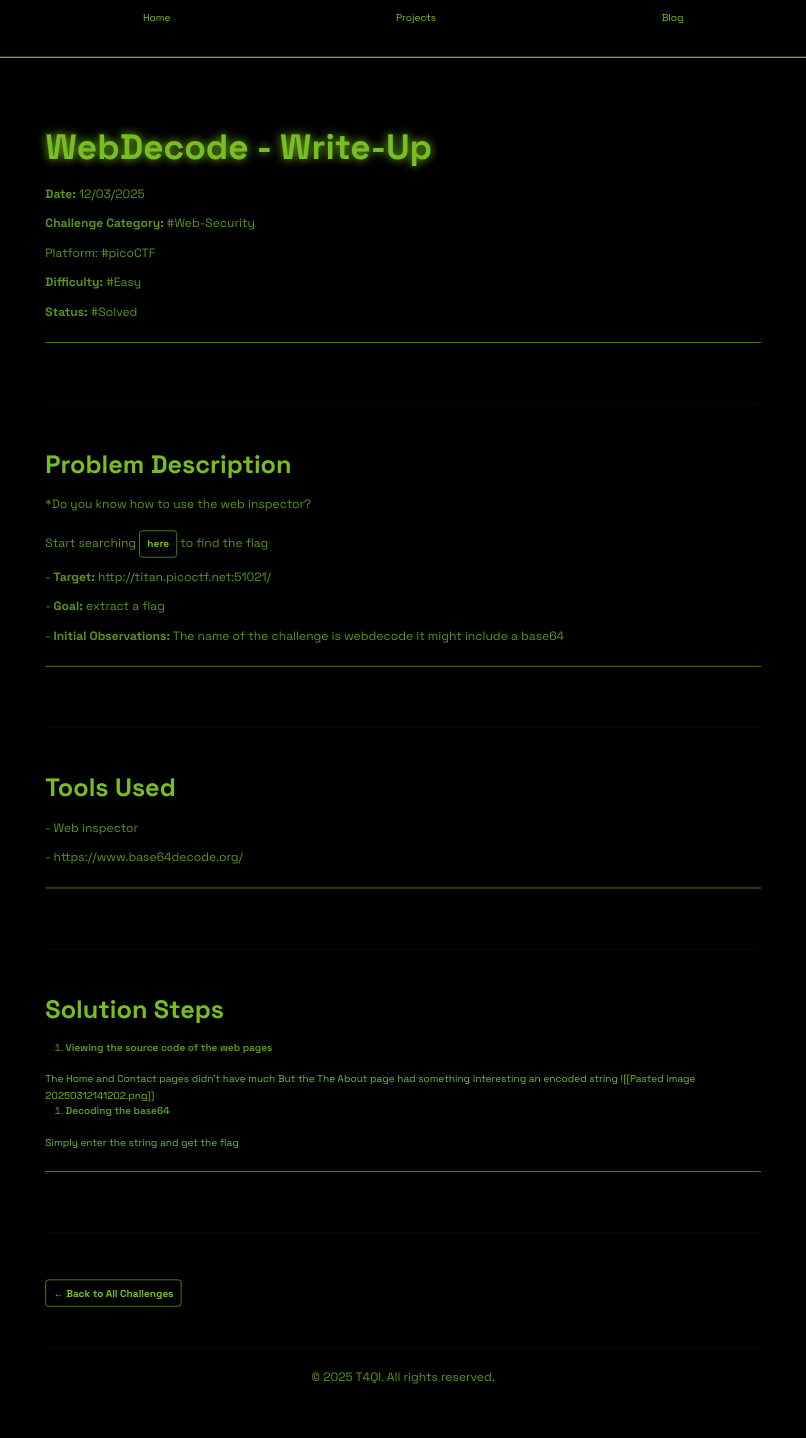
Repository: mohamedsoliman-tq/Website
Page: blogs/picoCTF/WebDecode.html
An editor plug-in stored every save of this project. The page is shown before and after a run of saves, followed by the edit.
The browser window is 1280 px wide. The pictures show the whole page, at 63% of full size.

Above is the page before, as saved 2025-03-12 23:51:02.

After the next 4 saves:
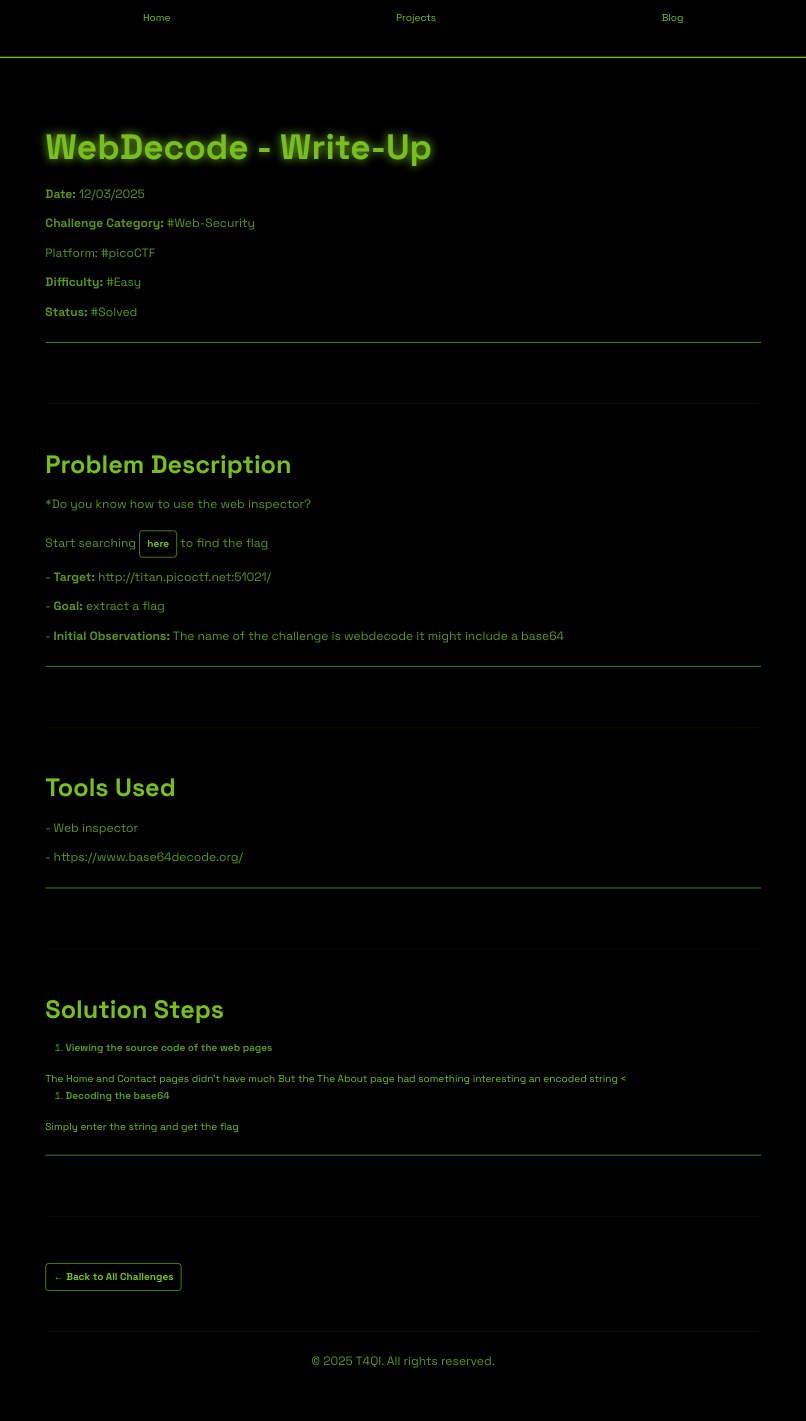
The 4 saves are shown as one change because they came seconds apart.
The last was saved 8 min 24 s later.
--- a/blogs/picoCTF/WebDecode.html
+++ b/blogs/picoCTF/WebDecode.html
@@ -245,8 +245,7 @@
                 <li><strong>Viewing the source code of the web pages</strong></li>
             </ol>
             The Home and Contact pages didn't have much But the The About page had something interesting an encoded
-            string ![[Pasted image 20250312141202.png]]
-
+            string <
             <ol>
                 <li><strong>Decoding the base64</strong></li>
             </ol>
